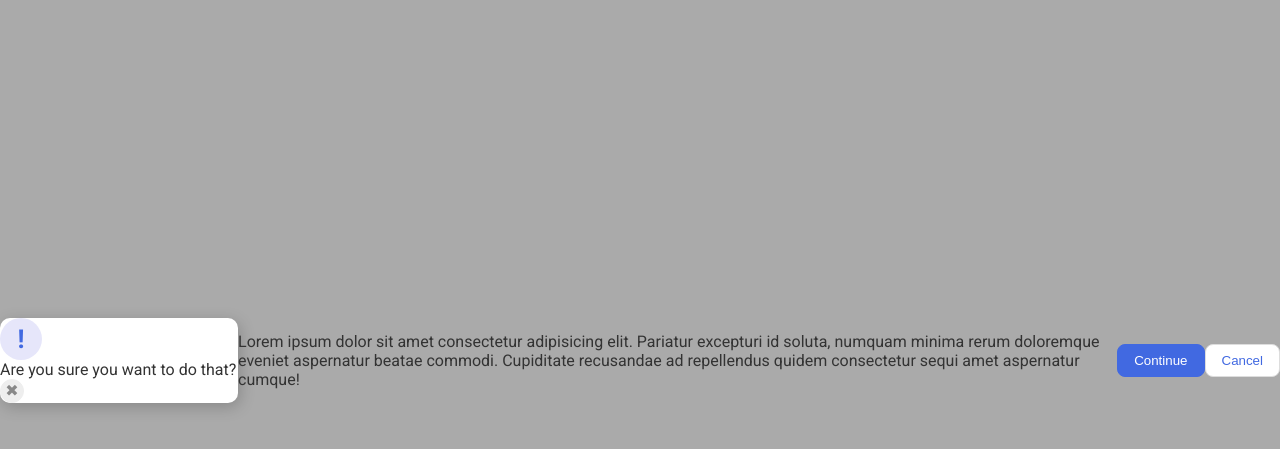
Repository: HeliosAI9/First-test-website
Page: mywebsite/html-boilerplate/pages/flex6.html
An editor plug-in stored every save of this project. The page is shown before and after the next save, followed by the edit.
The browser window is 1280 px wide. The pictures show the whole page.

Above is the page before, as saved 2023-06-10 06:07:21.

After the next save:
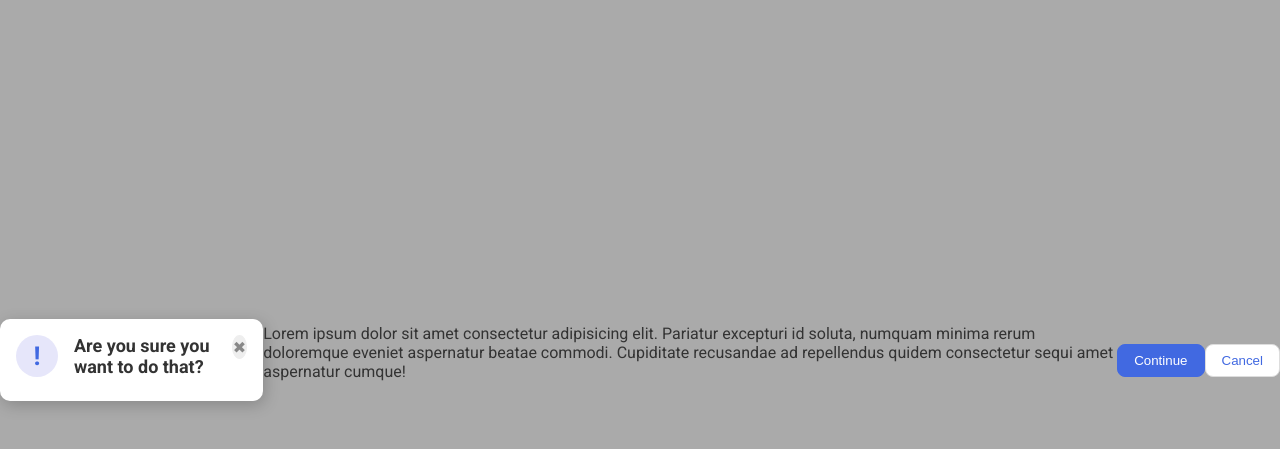
Saved 92 s later.
--- a/mywebsite/html-boilerplate/css/flex6.css
+++ b/mywebsite/html-boilerplate/css/flex6.css
@@ -67,3 +67,27 @@ button.cancel {
   border: 1px solid #ddd;
   color: royalblue;
 }
+
+.modal {
+    display: flex;
+    gap: 16px;
+    padding: 16px;
+  }
+
+  .icon {
+    /* this keeps the icon from getting smashed by the text */
+    flex-shrink: 0;
+  }
+  /* header container should be wrapped around the button element as well in order for flex style to work */
+  .header {
+    display: flex;
+    align-items: center;
+    justify-content: space-between;
+    font-size: 18px;
+    font-weight: 700;
+    margin-bottom: 8px;
+  }
+
+  .text {
+    margin-bottom: 16px;
+  }
